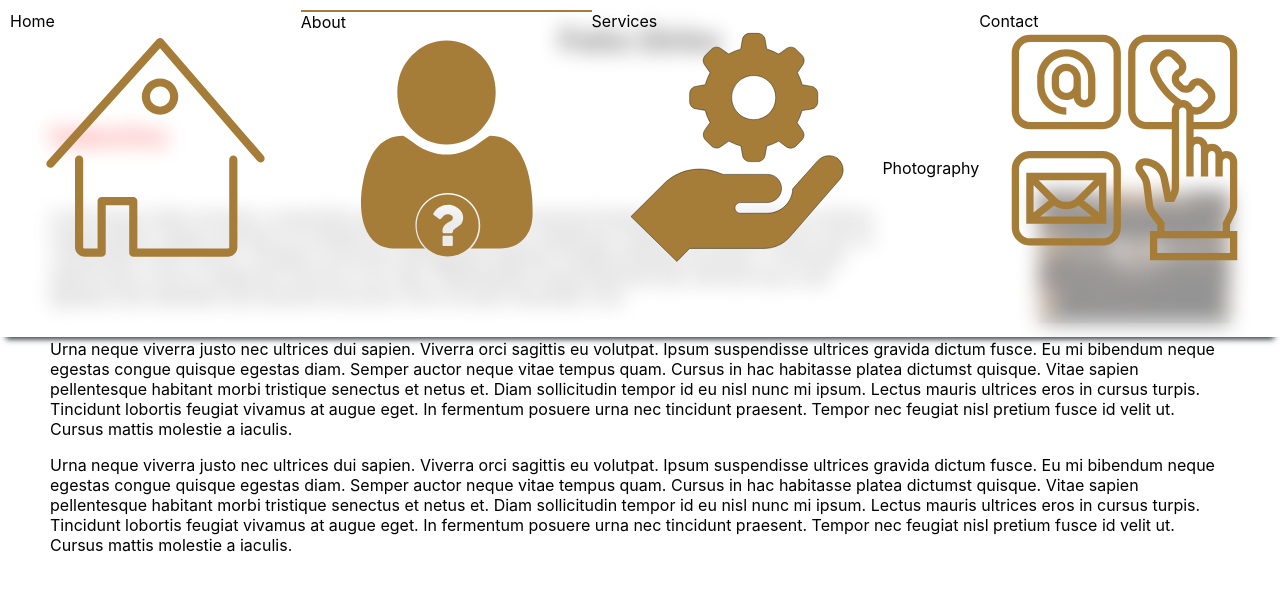
Repository: muhanad-musawi/backend-projekt-frondend
Page: /About (app in pohtographer/)
An editor plug-in stored every save of this project. The page is shown before and after the next save, followed by the edit.
The browser window is 1280 px wide. The pictures show the whole page.
The project was rebuilt for these pictures with package versions that can differ from the ones it lists, and the page was loaded fresh each time. The framework's server and built-in components were replaced by stand-ins that run in the browser. Also part of the build but not shown: pohtographer/next.config.js, pohtographer/styles/Footer.module.css.

Above is the page before, as saved 2022-03-24 09:56:23.

After the next save:
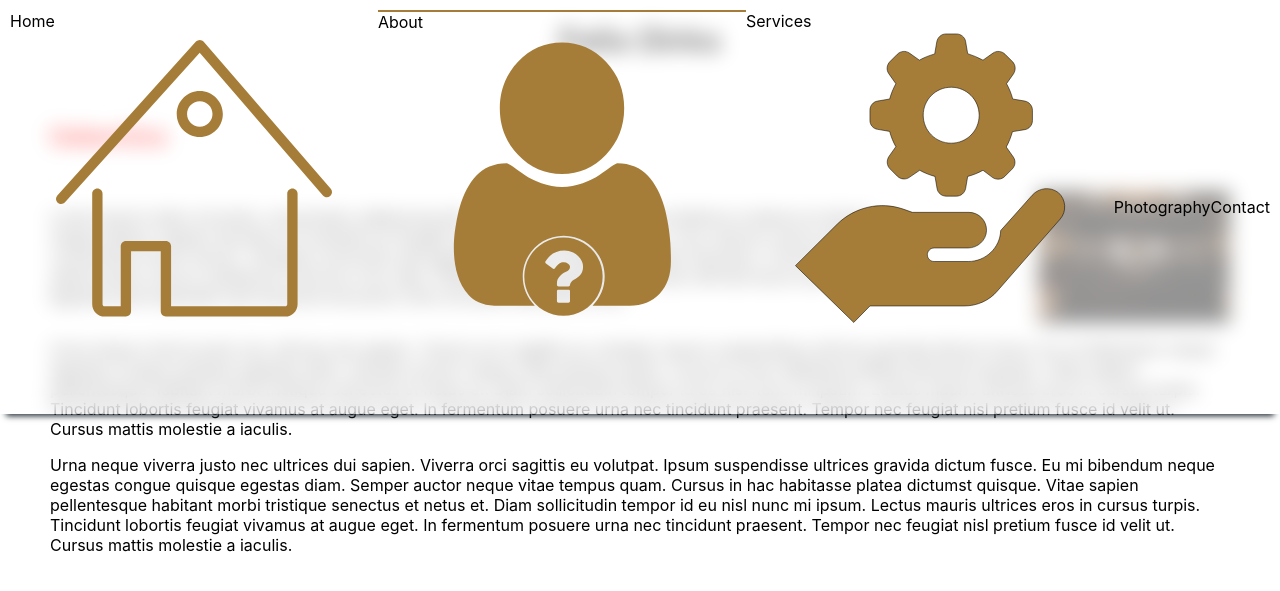
Saved 15 s later.
--- a/pohtographer/components/Header.jsx
+++ b/pohtographer/components/Header.jsx
@@ -66,7 +66,7 @@ function Header() {
           <div className={router.pathname == "/Contact" ? styles.active : ""}>
           <span className={styles.desktopVersion}>Contact</span>
 
-        <span className='mobileVersion'>
+        <span className={styles.mobileVersion}>
 
         <Image src={contact} alt="contact" />
 
